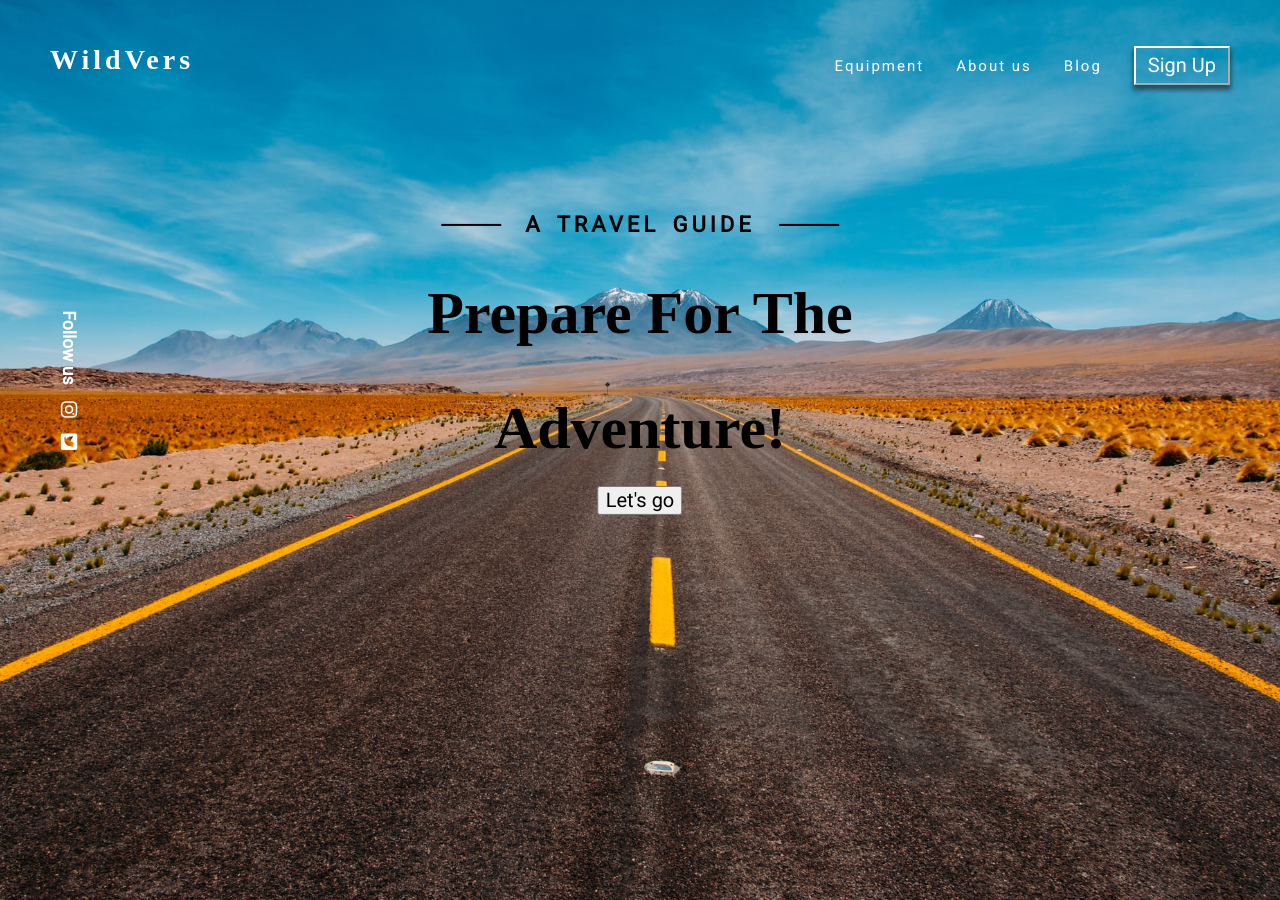
Repository: Hunga9k50doker/wildver-travel
Page: src/index.html
An editor plug-in stored every save of this project. The page is shown before and after the next save, followed by the edit.
The browser window is 1280 px wide. The pictures show the whole page.
Some web fonts or font styles are not loaded; a fallback is used. The style sheet was rebuilt from its Sass, Less or Tailwind sources for each picture, by a compiler version that may differ from the author's.

Above is the page before, as saved 2021-08-26 00:31:02.

### src/index.html
<!DOCTYPE html>
<html lang="en">
<head>
    <meta charset="UTF-8">
    <meta http-equiv="X-UA-Compatible" content="IE=edge">
    <meta name="viewport" content="width=device-width, initial-scale=1.0">
    <link href="https://fonts.googleapis.com/css2?family=Hina+Mincho&family=Roboto&display=swap" rel="stylesheet">
    <link rel="stylesheet" href="public/css/normalize.min.css">
    <link rel="stylesheet" href="public/css/grid.css">
    <link rel="stylesheet" href="public/css/base.css">
    <link rel="stylesheet" href="public/css/header.css">
    <link rel="stylesheet" href="public/vendor/fontawesome-free-5.15.3-web/css/all.min.css">
    <title>Document</title>
</head>
<body>
    <div class="app">
        <section class="header">
            <section class="header_nav">
                <h1 class="header_nav-home">WildVers</h1>
                <div class="header_nav-body">
                    <a href="/" class="header_nav-body-item">Equipment</a>
                    <a href="/" class="header_nav-body-item">About us</a>
                    <a href="/" class="header_nav-body-item">Blog</a>
                    <button class="header_nav-body-res">Sign Up</button>
                </div>
            </section>
            <section class="header_contain">
                <div class="header_contain-follow">
                    <p>Follow us</p>
                   <a href="/">
                       <i class="fab fa-instagram"></i>
                   </a>
                   <a href="/">
                       <i class="fab fa-twitter-square"></i>
                   </a>
                </div>
                <div class="header_contain-content">
                    <h3 class="header_contain-content-title">A travel guide</h3>
                    <h2>Prepare For The</h2>
                    <h2> Adventure!</h2>
                    <button>Let's go</button>
                </div>
            </section>
        </section>
        <section class="grip wide">

        </section>
    </div>
</body>
</html>

### src/public/css/normalize.min.css
html{line-height:1.15;-webkit-text-size-adjust:100%}body{margin:0}main{display:block}h1{font-size:2em;margin:.67em 0}hr{box-sizing:content-box;height:0;overflow:visible}pre{font-family:monospace,monospace;font-size:1em}a{background-color:transparent}abbr[title]{border-bottom:none;text-decoration:underline;text-decoration:underline dotted}b,strong{font-weight:bolder}code,kbd,samp{font-family:monospace,monospace;font-size:1em}small{font-size:80%}sub,sup{font-size:75%;line-height:0;position:relative;vertical-align:baseline}sub{bottom:-.25em}sup{top:-.5em}img{border-style:none}button,input,optgroup,select,textarea{font-family:inherit;font-size:100%;line-height:1.15;margin:0}button,input{overflow:visible}button,select{text-transform:none}[type=button],[type=reset],[type=submit],button{-webkit-appearance:button}[type=button]::-moz-focus-inner,[type=reset]::-moz-focus-inner,[type=submit]::-moz-focus-inner,button::-moz-focus-inner{border-style:none;padding:0}[type=button]:-moz-focusring,[type=reset]:-moz-focusring,[type=submit]:-moz-focusring,button:-moz-focusring{outline:1px dotted ButtonText}fieldset{padding:.35em .75em .625em}legend{box-sizing:border-box;color:inherit;display:table;max-width:100%;padding:0;white-space:normal}progress{vertical-align:baseline}textarea{overflow:auto}[type=checkbox],[type=radio]{box-sizing:border-box;padding:0}[type=number]::-webkit-inner-spin-button,[type=number]::-webkit-outer-spin-button{height:auto}[type=search]{-webkit-appearance:textfield;outline-offset:-2px}[type=search]::-webkit-search-decoration{-webkit-appearance:none}::-webkit-file-upload-button{-webkit-appearance:button;font:inherit}details{display:block}summary{display:list-item}template{display:none}[hidden]{display:none}
/*# sourceMappingURL=normalize.min.css.map */

### src/public/css/grid.css
.grid {
    width: 100%;
    display: block;
    padding: 0;
    margin: 0 auto;
}

.grid.wide {
    max-width: 1200px;
    margin: 0 auto;
}

.row {
    display: flex;
    flex-wrap: wrap;
    margin-left: -4px;
    margin-right: -4px;
}


.row.no-gutters {
    margin-left: 0;
    margin-right: 0;
}

.col {

    padding-left: 4px;
    padding-right: 4px;
}

.row.no-gutters .col {
    padding-left: 0;
    padding-right: 0;
}

.c-0 {
    display: none;
}

.c-1 {
    flex: 0 0 8.33333%;
    max-width: 8.33333%;
}

.c-2 {
    flex: 0 0 16.66667%;
    max-width: 16.66667%;
}

.c-3 {
    flex: 0 0 25%;
    max-width: 25%;
}

.c-4 {
    flex: 0 0 33.33333%;
    max-width: 33.33333%;
}

.c-5 {
    flex: 0 0 41.66667%;
    max-width: 41.66667%;
}

.c-6 {
    flex: 0 0 50%;
    max-width: 50%;
}

.c-7 {
    flex: 0 0 58.33333%;
    max-width: 58.33333%;
}

.c-8 {
    flex: 0 0 66.66667%;
    max-width: 66.66667%;
}

.c-9 {
    flex: 0 0 75%;
    max-width: 75%;
}

.c-10 {
    flex: 0 0 83.33333%;
    max-width: 83.33333%;
}

.c-11 {
    flex: 0 0 91.66667%;
    max-width: 91.66667%;
}

.c-12 {
    flex: 0 0 100%;
    max-width: 100%;
}

.c-o-1 {
    margin-left: 8.33333%;
}

.c-o-2 {
    margin-left: 16.66667%;
}

.c-o-3 {
    margin-left: 25%;
}

.c-o-4 {
    margin-left: 33.33333%;
}

.c-o-5 {
    margin-left: 41.66667%;
}

.c-o-6 {
    margin-left: 50%;
}

.c-o-7 {
    margin-left: 58.33333%;
}

.c-o-8 {
    margin-left: 66.66667%;
}

.c-o-9 {
    margin-left: 75%;
}

.c-o-10 {
    margin-left: 83.33333%;
}

.c-o-11 {
    margin-left: 91.66667%;
}

/* >= Tablet */
@media (min-width: 740px) {
    .row {
        margin-left: -8px;
        margin-right: -8px;
    }

    .col {
        padding-left: 8px;
        padding-right: 8px;
    }

    .m-0 {
        display: none;
    }

    .m-1,
    .m-2,
    .m-3,
    .m-4,
    .m-5,
    .m-6,
    .m-7,
    .m-8,
    .m-9,
    .m-10,
    .m-11,
    .m-12 {
        display: block;
    }

    .m-1 {
        flex: 0 0 8.33333%;
        max-width: 8.33333%;
    }

    .m-2 {
        flex: 0 0 16.66667%;
        max-width: 16.66667%;
    }

    .m-3 {
        flex: 0 0 25%;
        max-width: 25%;
    }

    .m-4 {
        flex: 0 0 33.33333%;
        max-width: 33.33333%;
    }

    .m-5 {
        flex: 0 0 41.66667%;
        max-width: 41.66667%;
    }

    .m-6 {
        flex: 0 0 50%;
        max-width: 50%;
    }

    .m-7 {
        flex: 0 0 58.33333%;
        max-width: 58.33333%;
    }

    .m-8 {
        flex: 0 0 66.66667%;
        max-width: 66.66667%;
    }

    .m-9 {
        flex: 0 0 75%;
        max-width: 75%;
    }

    .m-10 {
        flex: 0 0 83.33333%;
        max-width: 83.33333%;
    }

    .m-11 {
        flex: 0 0 91.66667%;
        max-width: 91.66667%;
    }

    .m-12 {
        flex: 0 0 100%;
        max-width: 100%;
    }

    .m-o-1 {
        margin-left: 8.33333%;
    }

    .m-o-2 {
        margin-left: 16.66667%;
    }

    .m-o-3 {
        margin-left: 25%;
    }

    .m-o-4 {
        margin-left: 33.33333%;
    }

    .m-o-5 {
        margin-left: 41.66667%;
    }

    .m-o-6 {
        margin-left: 50%;
    }

    .m-o-7 {
        margin-left: 58.33333%;
    }

    .m-o-8 {
        margin-left: 66.66667%;
    }

    .m-o-9 {
        margin-left: 75%;
    }

    .m-o-10 {
        margin-left: 83.33333%;
    }

    .m-o-11 {
        margin-left: 91.66667%;
    }
}

/* PC medium resolution > */
@media (min-width: 1113px) {
    .row {
        margin-left: -12px;
        margin-right: -12px;
    }

    .row.sm-gutter {
        margin-left: -5px;
        margin-right: -5px;
    }

    .col {
        padding-left: 12px;
        padding-right: 12px;
    }

    .row.sm-gutter .col {
        padding-left: 5px;
        padding-right: 5px;
    }

    .l-0 {
        display: none;
    }

    .l-1,
    .l-2,
    .l-2-4,
    .l-3,
    .l-4,
    .l-5,
    .l-6,
    .l-7,
    .l-8,
    .l-9,
    .l-10,
    .l-11,
    .l-12 {
        display: block;
    }

    .l-1 {
        flex: 0 0 8.33333%;
        max-width: 8.33333%;
    }

    .l-2 {
        flex: 0 0 16.66667%;
        max-width: 16.66667%;
    }

    .l-2-4 {
        flex: 0 0 20%;
        max-width: 20%;
    }

    .l-3 {
        flex: 0 0 25%;
        max-width: 25%;
    }

    .l-4 {
        flex: 0 0 33.33333%;
        max-width: 33.33333%;
    }

    .l-5 {
        flex: 0 0 41.66667%;
        max-width: 41.66667%;
    }

    .l-6 {
        flex: 0 0 50%;
        max-width: 50%;
    }

    .l-7 {
        flex: 0 0 58.33333%;
        max-width: 58.33333%;
    }

    .l-8 {
        flex: 0 0 66.66667%;
        max-width: 66.66667%;
    }

    .l-9 {
        flex: 0 0 75%;
        max-width: 75%;
    }

    .l-10 {
        flex: 0 0 83.33333%;
        max-width: 83.33333%;
    }

    .l-11 {
        flex: 0 0 91.66667%;
        max-width: 91.66667%;
    }

    .l-12 {
        flex: 0 0 100%;
        max-width: 100%;
    }

    .l-o-1 {
        margin-left: 8.33333%;
    }

    .l-o-2 {
        margin-left: 16.66667%;
    }

    .l-o-3 {
        margin-left: 25%;
    }

    .l-o-4 {
        margin-left: 33.33333%;
    }

    .l-o-5 {
        margin-left: 41.66667%;
    }

    .l-o-6 {
        margin-left: 50%;
    }

    .l-o-7 {
        margin-left: 58.33333%;
    }

    .l-o-8 {
        margin-left: 66.66667%;
    }

    .l-o-9 {
        margin-left: 75%;
    }

    .l-o-10 {
        margin-left: 83.33333%;
    }

    .l-o-11 {
        margin-left: 91.66667%;
    }
}

/* Tablet - PC low resolution */
@media (min-width: 740px) and (max-width: 1023px) {
    .wide {
        width: 644px;
    }
}

/* > PC low resolution */
@media (min-width: 1024px) and (max-width: 1239px) {
    .wide {
        width: 984px;
    }

    .wide .row {
        margin-left: -12px;
        margin-right: -12px;
    }

    .wide .row.sm-gutter {
        margin-left: -5px;
        margin-right: -5px;
    }

    .wide .col {
        padding-left: 12px;
        padding-right: 12px;
    }

    .wide .row.sm-gutter .col {
        padding-left: 5px;
        padding-right: 5px;
    }

    .wide .l-0 {
        display: none;
    }

    .wide .l-1,
    .wide .l-2,
    .wide .l-2-4,
    .wide .l-3,
    .wide .l-4,
    .wide .l-5,
    .wide .l-6,
    .wide .l-7,
    .wide .l-8,
    .wide .l-9,
    .wide .l-10,
    .wide .l-11,
    .wide .l-12 {
        display: block;
    }

    .wide .l-1 {
        flex: 0 0 8.33333%;
        max-width: 8.33333%;
    }

    .wide .l-2 {
        flex: 0 0 16.66667%;
        max-width: 16.66667%;
    }

    .wide .l-2-4 {
        flex: 0 0 20%;
        max-width: 20%;
    }

    .wide .l-3 {
        flex: 0 0 25%;
        max-width: 25%;
    }

    .wide .l-4 {
        flex: 0 0 33.33333%;
        max-width: 33.33333%;
    }

    .wide .l-5 {
        flex: 0 0 41.66667%;
        max-width: 41.66667%;
    }

    .wide .l-6 {
        flex: 0 0 50%;
        max-width: 50%;
    }

    .wide .l-7 {
        flex: 0 0 58.33333%;
        max-width: 58.33333%;
    }

    .wide .l-8 {
        flex: 0 0 66.66667%;
        max-width: 66.66667%;
    }

    .wide .l-9 {
        flex: 0 0 75%;
        max-width: 75%;
    }

    .wide .l-10 {
        flex: 0 0 83.33333%;
        max-width: 83.33333%;
    }

    .wide .l-11 {
        flex: 0 0 91.66667%;
        max-width: 91.66667%;
    }

    .wide .l-12 {
        flex: 0 0 100%;
        max-width: 100%;
    }

    .wide .l-o-1 {
        margin-left: 8.33333%;
    }

    .wide .l-o-2 {
        margin-left: 16.66667%;
    }

    .wide .l-o-3 {
        margin-left: 25%;
    }

    .wide .l-o-4 {
        margin-left: 33.33333%;
    }

    .wide .l-o-5 {
        margin-left: 41.66667%;
    }

    .wide .l-o-6 {
        margin-left: 50%;
    }

    .wide .l-o-7 {
        margin-left: 58.33333%;
    }

    .wide .l-o-8 {
        margin-left: 66.66667%;
    }

    .wide .l-o-9 {
        margin-left: 75%;
    }

    .wide .l-o-10 {
        margin-left: 83.33333%;
    }

    .wide .l-o-11 {
        margin-left: 91.66667%;
    }
}

### src/resources/scss/base.scss
@import "variables";

*{
    font-size: 62.5%;
    box-sizing: inherit;
}
html{
    margin: 0;
    padding: 0;
    line-height: 1.6rem;
    box-sizing: border-box;
    font-family: 'Roboto', sans-serif;
}
h1,h2{
    font-family: 'Besley', serif;
}

a{
    color: $white-color;
    text-decoration: none;
}

### src/resources/scss/_variables.scss
$orange-color: #ff6b00;
$white-color: #fff;
$text-color: #e2ddd6;
$waxen-color: #f9caa9;
$black-color: #030101;

### src/resources/scss/header.scss
@import "variables";

.header{
    position: relative;
    background: url(/src/public/img/bg2.jpg) ;
    width: 100%;
    min-width: 500px;
    height: 900px;
    min-height:500px;
    background-position: center;
    background-repeat: no-repeat;
    background-size: cover;
    // z-index: -1;
    &_nav{
        display:flex;
        color: $white-color;
        padding: 4.6rem 5rem 0 5rem;
        &-home{
            flex: 1;
            margin: 0;
            font-size: 2.8rem;
            letter-spacing:4px;
            line-height:100%;
            cursor: pointer;
        }
        &-body{
            display:flex;
            align-items:center;
            justify-content: center;
            font-size: 2.4rem;
            letter-spacing:2px;
            &-item{
                color:$white-color;
                margin:0 1.6rem;
                transform: scale(1);
                &:hover{
                    color: $orange-color;
                    transform: scale(1.1);
                    transition:transform 0.3s;
                }
            }
            button{
                font-size: 2rem;
                padding:6px 1.2rem;
                margin-left: 1.6rem;
                background:transparent;
                color:$white-color;
                border-color: $white-color;
                border-style: solid 2px;
                cursor: pointer;
                box-shadow: 0 4px 5px 1px rgba(0,0,0,0.5);
                transform: translateY(0);
                transition:transform 0.3s linear;
                &:hover{
                    background: $orange-color;
                    box-shadow: 0 0px 5px 1px rgba(0,0,0,0.5);
                    transform: translateY(4px);
                    transition:transform 0.3s linear;
                }
            }
        }

    }

    &_contain{
        position: relative;
        display:flex;
        align-items:center;
        justify-content: center;
        left: 0;
        top: 30%;
        transform: translateY(-70%);
        &-follow{
            position: absolute;
            top: 0;
            left:0;
            font-size: 2.8rem;
            font-weight: 700;
            display:flex;
            align-items:center;
            justify-content: center;
            color:$white-color;
            transform:rotate(90deg);
            margin:0;
            a:nth-child(2){
                margin:0 16px;
            }
            a{
                font-size: 3rem;
                transform: scale(1);
                transition: transform 0.3s;
                cursor: pointer;
                &:hover{
                     color:$orange-color;
                     transform: scale(1.1);
                     transition: transform 0.3s;
                 }
            }
        }
        &-content{
            position: absolute;
            top: 50%;
            left:50%;
            transform: translate(-50%,-50%);
            font-size: 2rem;
            display:flex;
            flex-direction: column;
            align-items:center;
            justify-content: center;
            &-title{
                position: relative;
                font-size: 2.2rem;
                color: $black-color;
                word-spacing: 4px;
                letter-spacing: 4px;
                text-transform: uppercase;
                &:after{
                    content: " ";
                    position: absolute;
                    width:6rem;
                    height:2px;
                    top: 50%;
                    transform: translateY(-50%);
                    right: -8.4rem;
                    background: #000;

                }
                &::before{
                    content: " ";
                    position: absolute;
                    width:6rem;
                    height:2px;
                    top: 50%;
                    transform: translateY(-50%);
                    left: -8.4rem;
                    background: #000;

                }
            }
            h2{
                font-size:6rem;
                h2:nth-child(3){
                    margin:0;
                }
            }
        }
    }
}

Loaded but not shown: src/public/vendor/fontawesome-free-5.15.3-web/css/all.min.css (library)

After the next save:
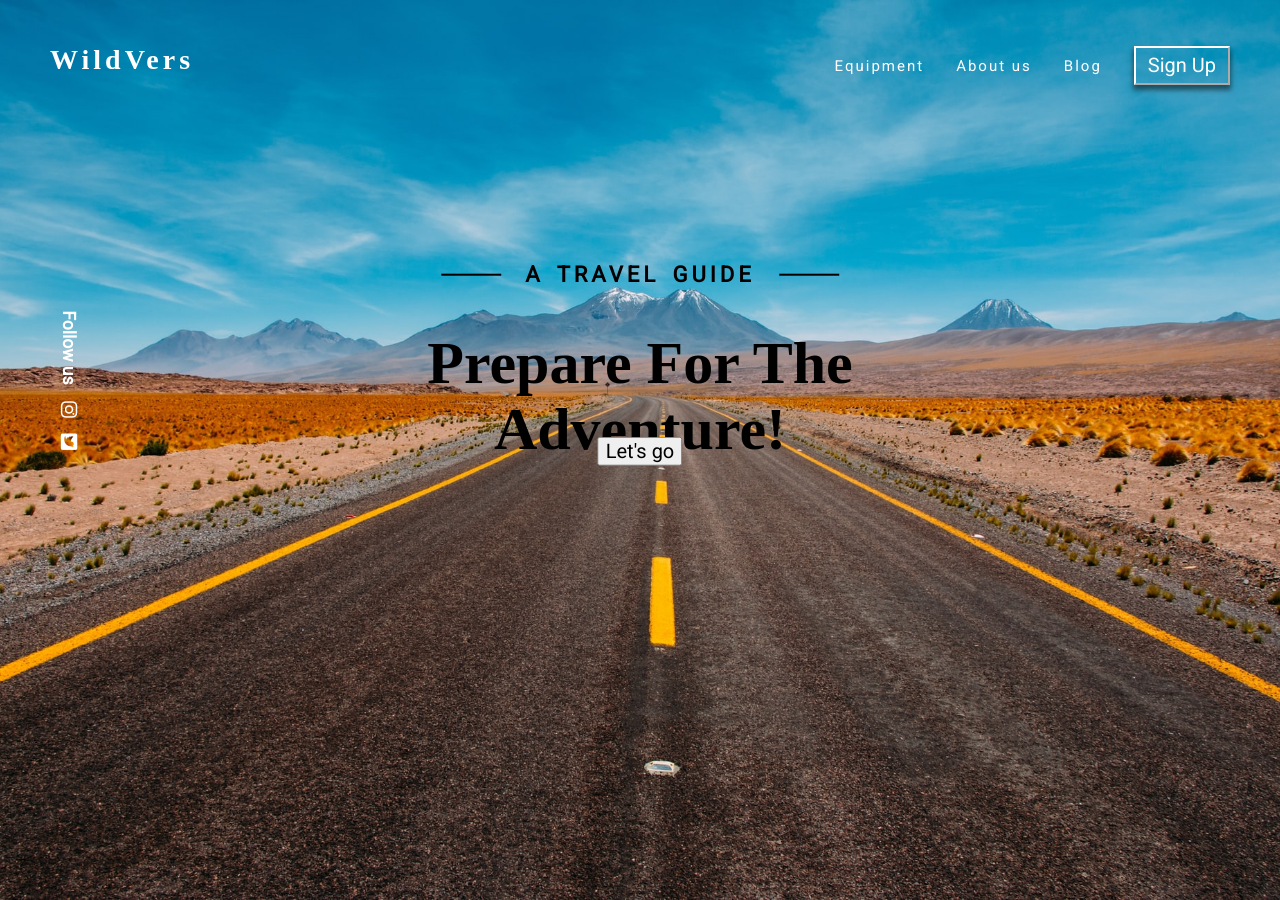
Saved 7 s later.
--- a/src/resources/scss/header.scss
+++ b/src/resources/scss/header.scss
@@ -139,7 +139,7 @@
             }
             h2{
                 font-size:6rem;
-                h2:nth-child(3){
+                &:nth-child(3){
                     margin:0;
                 }
             }
